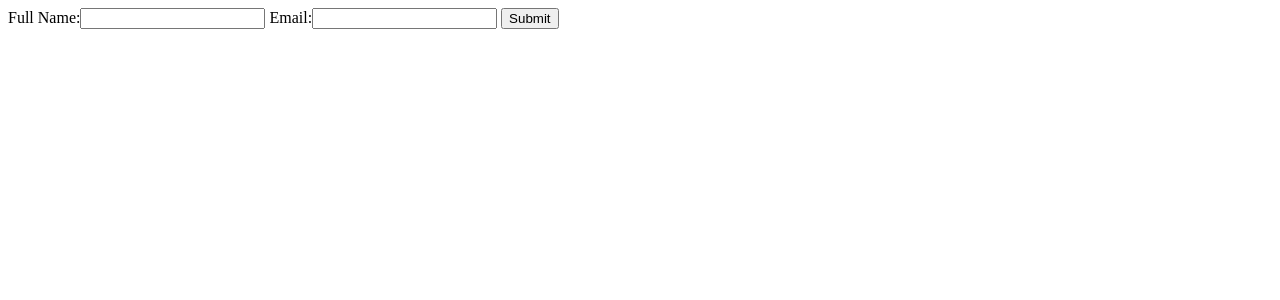
Repository: henokkeleta/SpringIt2
Page: WeekFour/WebContent/Resume1.html
An editor plug-in stored every save of this project. The page is shown before and after the next save, followed by the edit.
The browser window is 1280 px wide. The pictures show the whole page.

Above is the page before, as saved 2017-06-15 17:30:22.

### WeekFour/WebContent/Resume1.html
<!DOCTYPE html>
<html>
<head>
<meta charset="UTF-8">
<title>Insert title here</title>
</head>
<body>
<form action = "ResumeServlet" method = "post">
Full Name:<input type = "text" name = "FullName" >
Email:<input type = "text" name = "Email" >
<input type = "Submit" value = "Submit">
</form>
</body>
</html>

After the next save:
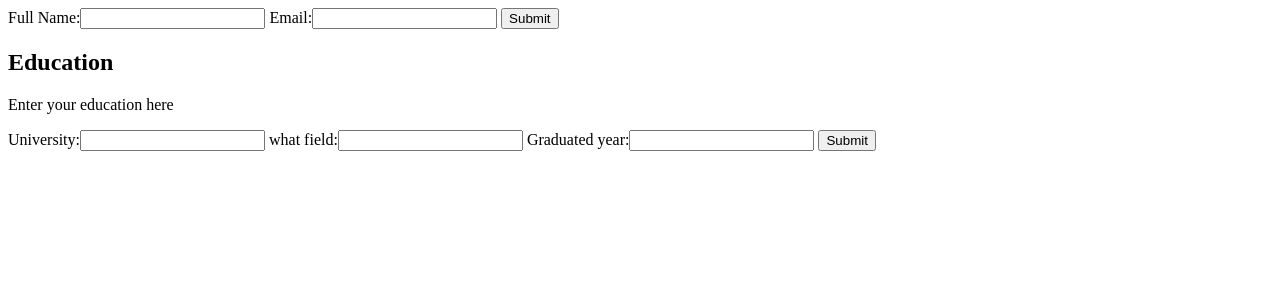
Saved 11 min 13 s later.
--- a/WeekFour/WebContent/Resume1.html
+++ b/WeekFour/WebContent/Resume1.html
@@ -10,5 +10,13 @@
 Email:<input type = "text" name = "Email" >
 <input type = "Submit" value = "Submit">
 </form>
+<h2>Education</h2>
+<p>Enter your education here</p>
+<form action = "ResumeServlet" method = "post">
+University:<input type = "text" name = "Education" >
+what field:<input type = "text" name = "Education" >
+Graduated year:<input type = "text" name = "Education" >
+<input type = "Submit" value = "Submit">
+</form>
 </body>
 </html>
